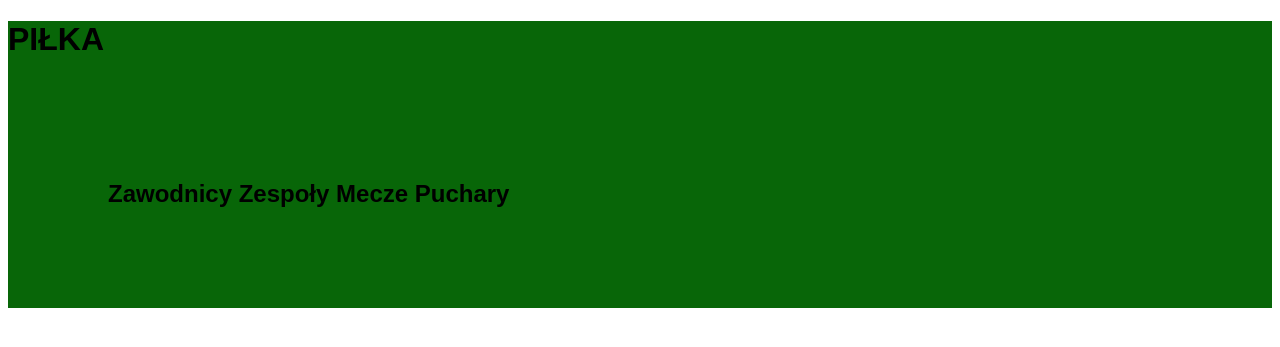
Repository: ZABA78/PAZW
Page: index.html
The author's editor kept a copy of each file at every save. The page is drawn from the files as they stood at one save, then again after a run of saves.
The browser window is 1280 px wide. The pictures show the whole page.
Some web fonts or font styles are not loaded; a fallback is used.

Above is the page before, as saved 2023-10-17 13:55:41.

### index.html
<!DOCTYPE html>
<html lang="en">
<head>
    <meta charset="UTF-8">
    <meta http-equiv="X-UA-Compatible" content="IE=edge">
    <meta name="viewport" content="width=device-width, initial-scale=1.0">
    <link rel="stylesheet" href="style.css">
    <title>Piłka</title>
    <style>
        @import url('https://fonts.googleapis.com/css2?family=Tilt+Neon&display=swap');
        </style>
</head>
<body>
    <header>
        <!--<img src="pilka.png" alt="logo" class = "logo">--><h1>PIŁKA</h1>
        <nav>
            <h2>Zawodnicy
            Zespoły
            Mecze
            Puchary</h2>
        </nav>
    </header>
</body>
</html>

### style.css
*
{
    font-family: 'Tilt Neon', sans-serif;
}
.logo
{
    height: 100px;

}
header
{
    background-color: rgb(8, 102, 8);

}
h2
{
    padding: 100px;
}

After the next 3 saves:
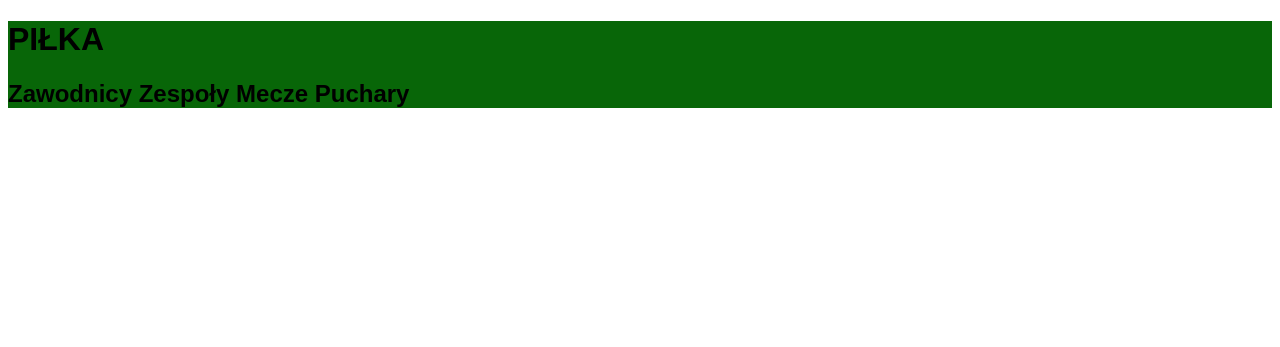
The 3 saves are shown as one change because they came seconds apart.
The last was saved 17 s later.
--- a/style.css
+++ b/style.css
@@ -14,5 +14,5 @@ header
 }
 h2
 {
-    padding: 100px;
+
 }
